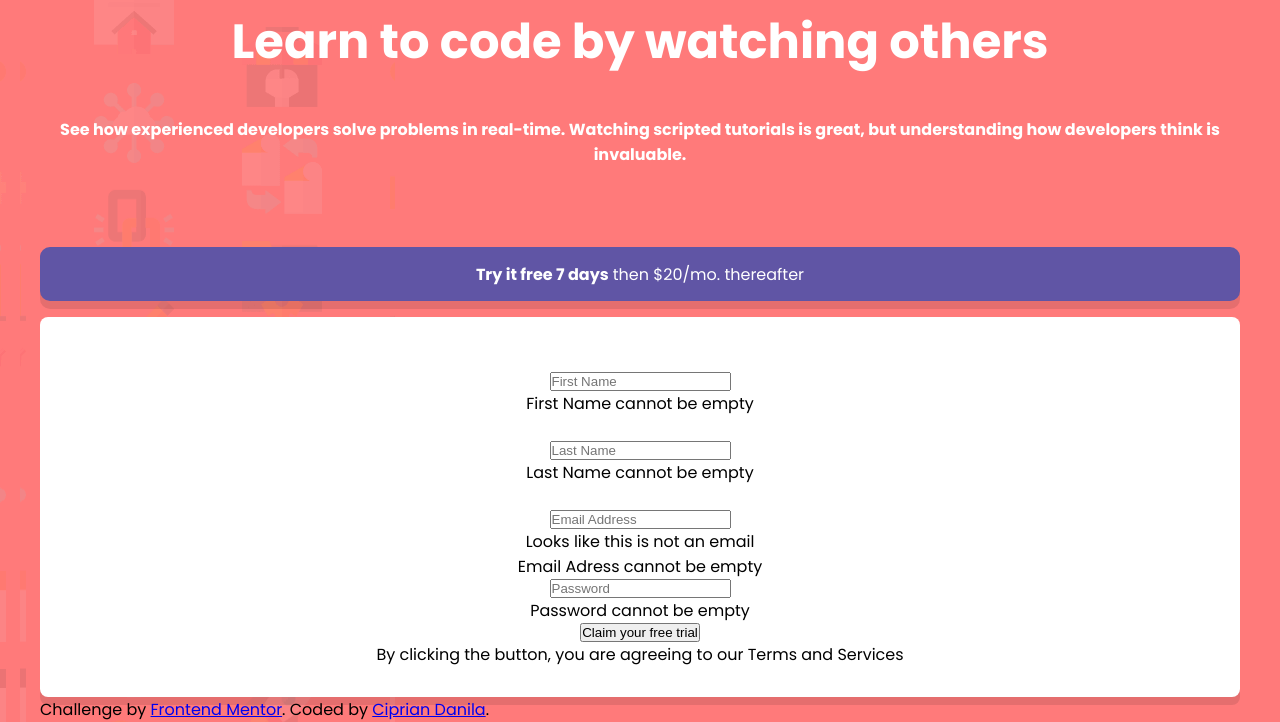
Repository: cipdanila/intro-component-with-sign-up-form
Page: index.html
The author's editor kept a copy of each file at every save. The page is drawn from the files as they stood at one save, then again after the next save.
The browser window is 1280 px wide. The pictures show the whole page.

Above is the page before, as saved 2024-02-14 19:03:00.

### index.html
<!DOCTYPE html>
<html lang="en">
    <head>
        <meta charset="UTF-8" />
        <meta name="viewport" content="width=device-width, initial-scale=1.0" />
        <!-- displays site properly based on user's device -->

        <link rel="icon" type="image/png" sizes="32x32" href="./images/favicon-32x32.png" />
        <link rel="stylesheet" href="css/styles.css" />
        <title>Frontend Mentor | Intro component with sign up form</title>
    </head>
    <body>
        <main>
            <div class="container">
                <section class="container-info">
                    <h1 class="learn-title">Learn to code by watching others</h1>
                    <p class="intro">
                        See how experienced developers solve problems in real-time. Watching scripted tutorials is great, but
                        understanding how developers think is invaluable.
                    </p>
                </section>
                <section class="container-form">
                    <h2 class="price-title"><span>Try it free 7 days</span> then $20/mo. thereafter</h2>
                    <div class="form">
                        <form action="" class="register-form">
                            <label for="fname"> </label><br />
                            <input type="text" name="fname" id="fname" class="input-field" placeholder="First Name" required />
                            <span class="error-message" id="fname-error">First Name cannot be empty</span>
                            <label for="lname"> </label><br />
                            <input type="text" name="lname" id="lname" placeholder="Last Name" required />
                            <span class="error-message" id="lname-error">Last Name cannot be empty</span>
                            <label for="email"> </label><br />
                            <input type="email" name="email" id="email" placeholder="Email Address" required />
                            <span class="error-message" id="email-error">Looks like this is not an email</span>
                            <span class="error-message" id="email-error2">Email Adress cannot be empty</span>
                            <label for="password"></label>
                            <input type="password" name="password" id="password" placeholder="Password" required />
                            <span class="error-message" id="password-error">Password cannot be empty</span>
                            <button type="submit" id="login-button">Claim your free trial</button>
                            <p>By clicking the button, you are agreeing to our <span class="terms">Terms and Services</span></p>
                        </form>
                    </div>
                </section>
            </div>
        </main>

        <footer>
            <div class="attribution">
                Challenge by
                <a
                    href="https://www.frontendmentor.io/challenges/intro-component-with-signup-form-5cf91bd49edda32581d28fd1/hub"
                    target="_blank"
                    rel="noopener noreferer"
                    >Frontend Mentor</a
                >. Coded by <a href="https://github.com/cipdanila" target="_blank" rel="noopener noreferer">Ciprian Danila</a>.
            </div>
        </footer>
    </body>
</html>

### css/styles.css
@import url("https://fonts.googleapis.com/css2?family=Poppins:wght@400;500;600;700&display=swap");

:root {
    /* Colors */
    /* Primary */
    --red: hsl(0, 100%, 74%);
    --green: hsl(154, 59%, 51%);
    /* Accent */
    --blue: hsl(248, 32%, 49%);
    /* Neutral */
    --dark-blue: hsl(249, 10%, 26%);
    --grayish-blue: hsl(246, 25%, 77%);
    --white: #fff;
    /* Other variables */
    --font-size-base: 1rem; /* 16px */
    --font-weight-base: 400;
}

*,
*::after,
*::before {
    margin: 0;
    padding: 0;
    box-sizing: border-box;
}

body,
html {
    font-family: "Poppins", sans-serif;
    font-size: var(--font-size-base);
    font-weight: var(--font-weight-base);
    background: var(--red) url(/images/bg-intro-mobile.png) no-repeat;
    padding: 0 1.25rem;
}

.learn-title {
    font-size: 3rem;
    font-weight: 700;
    color: #fff;
    line-height: 3.3rem;
    padding: 1rem;
    margin-bottom: 1rem;
    text-align: center;
}

.intro {
    color: var(--white);
    padding: 1rem;
    font-weight: 700;
    margin-bottom: 4rem;
    text-align: center;
}

.price-title {
    width: 100%;
    font-size: 1rem;
    font-weight: 400;
    background-color: var(--blue);
    color: var(--white);
    box-shadow: rgba(0, 0, 0, 0.1) 0px 0.5rem;
    display: flex;
    align-items: center;
    justify-content: center;
    padding: 0.928rem;
    border-radius: 0.625rem;
    margin-bottom: 1rem;
}


.price-title > span {
    font-weight: 700;
    margin-right: 0.25rem;
}

.register-form {
    background-color: var(--white);
    padding: 1.875rem;
    border-radius: 0.5rem;
    box-shadow: rgba(0, 0, 0, 0.1) 0px 0.5rem;
    display: flex;
    flex-direction: column;
    align-items: center;
    justify-content: center;
}

/*
main {
    display: flex;
    justify-content: center;
    align-items: center;
    height: 100vh;
    background-color: var(--red);
    background-image: url("./images/bg-intro-desktop.png");
    background-size: cover;
    background-position: center;
    width: 100%;
}

.container {
    min-height: 100vh;
    display: flex;
    flex-direction: row;
    align-items: center;
    justify-content: center;
    padding: 5rem;
}

section {
    max-width: 100%;
    width: 50%;
    display: flex;
    flex-direction: column;
    align-items: center;
    justify-content: center;
    padding: 2rem;
}

input[type="text"],
input[type="email"],
input[type="password"] {
    width: calc(100% - 1.125rem);
    padding: 1.125rem;
    margin-bottom: 1.200rem;
    border-radius: 5px;
    border: 1px solid #ccc;
    color: var(--dark-blue);
    font-size: 1rem;
    font-weight: 700;
    text-indent: 0.75rem;
}

input {
    border-style: none;
    outline: none;
}

input:focus {
    border: 1px solid var(--blue);
}

.input-field {
    border: 1px solid var(--dark-blue);
}

.input-field.input-error {
    border-color: var(--red);
}

.input-field.input-error::after {
    content: "";
    position: absolute;
    top: 50%;
    right: 10px;
    transform: translateY(-50%);
    width: 10px;
    height: 10px;
    background-image: url(./images/icon-error.svg);
    background-size: contain;
    background-color: var(--red);
    border-radius: 50%;
}

.error-message {
    display: none;
    color: var(--red);
    font-size: 12px;
    margin-top: 5px;
}

.error-message.show {
    display: block;
}

button {
    background-color: var(--green);
    color: #fff;
    cursor: pointer;
    width: calc(100% - 1.25rem);
    padding: 1.125rem;
    margin-bottom: 1.200rem;
    border-radius: 5px;
    border: 1px solid #ccc;
    font-size: 1rem;
    font-weight: 700;
    text-transform: uppercase;
}

button:hover {
    background-color: hsl(154, 59%, 68%);
    cursor: pointer;
}

form p {
    color: var(--grayish-blue);
    font-size: 0.7rem;
    font-weight: 700;
    letter-spacing: -0.016rem;
    display: flex;
    align-items: center;
    justify-content: center;
}

.terms {
    color: var(--red);
    padding-left: 4px;
    font-weight: 700;
}

footer {
    margin-top: 20px;
    text-align: center;
}

.attribution {
    font-size: 11px;
    text-align: center;
}

.attribution a {
    color: hsl(228, 45%, 44%);
}

/* @media (max-width: 650px) {
    main {
        height: auto;
    }
    .container {
        width: 100%;
        flex-direction: column;
        padding: 1rem;
    }
    section {
        width: 100%;
        padding: 1rem;
    }

    .learn {
        font-size: 1.6rem;
        line-height: normal;
        margin: 3rem;
        padding: 1rem;
    }
} */
/*
@media screen and (max-width: 768px) {
    .container {
        flex-direction: column;
        text-align: center;
        padding: 3rem;
    }

    section {
        width: 100%;
    }

    .container-form {
        margin-bottom: 5rem;
        margin-right: 0;
    }
} */

After the next save:
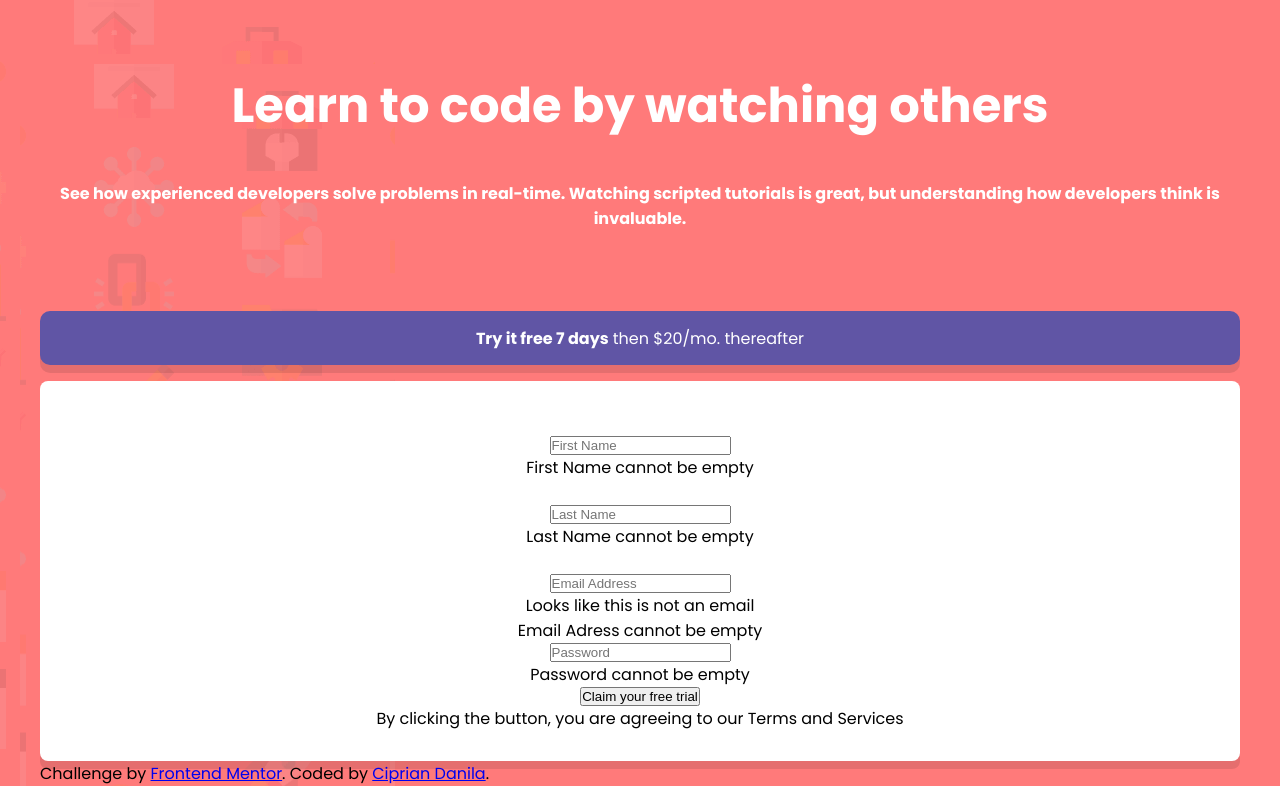
Saved 66 s later.
--- a/css/styles.css
+++ b/css/styles.css
@@ -40,6 +40,7 @@
     line-height: 3.3rem;
     padding: 1rem;
     margin-bottom: 1rem;
+    margin-top: 4rem;
     text-align: center;
 }
 
